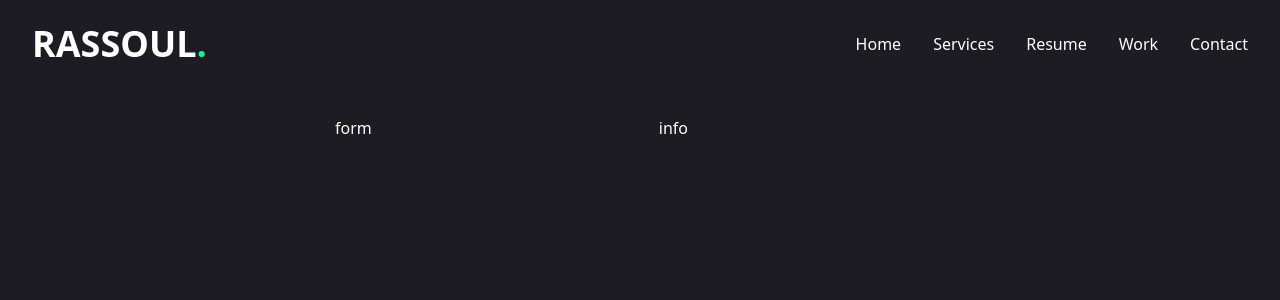
Repository: MDiouf9/portfolio2
Page: /contact
The author's editor kept a copy of each file at every save. The page is drawn from the files as they stood at one save, then again after the next save.
The browser window is 1280 px wide. The pictures show the whole page.
The project was rebuilt for these pictures with package versions that can differ from the ones it lists, and the page was loaded fresh each time. The framework's server and built-in components were replaced by stand-ins that run in the browser. Also part of the build but not shown: next.config.mjs.

Above is the page before, as saved 2024-10-15 00:16:49.

### src/app/contact/page.tsx
"user client"

import React from 'react';
import { Button } from '@/components/ui/button';
import { Input } from '@/components/ui/input';
import { Textarea } from '@/components/ui/textarea';
import { Select,SelectContent,SelectGroup,SelectItem,SelectLabel,SelectTrigger,SelectValue} from '@/components/ui/select';
import { FaPhoneAlt,FaEnvelope,FaMapMarkerAlt } from 'react-icons/fa';


const info = [
  {
icon: <FaPhoneAlt />,
title: 'Phone',
description : '77 398 79 86'
} ,

{
  icon: <FaEnvelope />,
  title: 'email',
  description : 'Dioufm641@gmail.com'
  } ,

  {
    icon: <FaMapMarkerAlt />,
    title: 'Adresse',
    description : 'Medina rue 41x 30'
    } ,



];

import {motion} from 'framer-motion'

const Contact = () => {
  return (
    <motion.section   initial={{ opacity: 0 }}
    animate={{ opacity: 1,
      transition:{ delay:2.4 , duration:0.4 ,ease: 'easeIn' },
    }} className='py-6' >
    <div className='container mx-auto'>
   <div className='flex flex-col xl:flex-row gap-[30px]'>
    <div className='xl:h-[54%] order-2 xl:order-none'>
      <form action="">form</form>
    </div>
    <div className='flex-1 flex items-center xl:justify-center'>info</div>
   </div>
    </div>

    </motion.section>
  )
}

export default Contact

### src/components/Header.tsx
import Link from 'next/link';
import { Button } from './ui/button';
import React from 'react';
import Nav from './Nav';
import MobileNav from './MobileNav';

const Header = () => {
  return (
    <header className='bg-dark py-3 xl:py-6 text-white w-full'>
      {/* Wrapper pour le contenu du header */}
      <div className='flex items-center justify-between px-4 md:px-8'>
        {/* Logo */}
        <Link href="/">
          <h1 className='text-3xl md:text-4xl font-semibold'>
            RASSOUL<span className='text-accent'>.</span>
          </h1>
        </Link>

        {/* Menu de navigation pour les grands écrans */}
        <div className="hidden xl:flex items-center gap-8">
          <Nav />
          {/* <Link href="/Contact">
            <Button>Hire Me</Button>
          </Link> */}
        </div>

        {/* Menu mobile (uniquement visible sur petits écrans) */}
        <div className='xl:hidden'>
          <MobileNav />
        </div>
      </div>
    </header>
  );
};

export default Header;

### src/components/Nav.tsx
"use client"
import React from 'react'
import Link from 'next/link'
import { usePathname } from 'next/navigation'



const links =[
        {
            name: "Home",
            path: "/",
        },
        {
            name: "Services",
            path: "/Services",
        },
        {
            name: "Resume",
            path: "/Resume",
        },
        {
            name: "work",
            path: "/Work",
        },
        {
            name: "Contact",
            path: "/Contact",
        },
    ]
 const Nav = () => {
  const  pathname = usePathname();
  return (
    <nav className=' flex gap-8'>
        {links.map((link,index) => {
            return (
                <Link href={link.path} key={index} className={`${link.path === pathname && "text-accent border-b-2 border-accent"} capitalize font-medium hover:text-accent transition-all`}>
                    {link.name}
                </Link>
            );
        })}

    </nav>
  );
}
export default Nav

### src/components/MobileNav.tsx
"use client";
import React from 'react'
import {Sheet ,  SheetContent, SheetTrigger, } from '@/components/ui/sheet'
import { usePathname } from 'next/navigation';
import Link from 'next/link';
import {CiMenuFries} from "react-icons/ci"

const links =[
  {
    name: "Home",
    path: "/",
},
{
    name: "Services",
    path: "/Services",
},
{
    name: "Resume",
    path: "/Resume",
},
{
    name: "work",
    path: "/Work",
},
{
    name: "Contact",
    path: "/Contact",
},
]

const MobileNav = () => {
  const pathname = usePathname();
  return (
    <Sheet>
<SheetTrigger className='flex justify-center items-center'>
  <CiMenuFries  className=' text-[32px] text-accent'/>
</SheetTrigger>
<SheetContent  className='flex flex-col'>

     <div className=' mt-32 mb-40 text-center txt-2xl'>
     <h1> MOUHAMED<span className='text-accent'>.</span> <em className='text-accent'>DIOUF</em></h1>

     </div>
     <nav className='flex flex-col justify-center items-center gap-8'>
{links.map((link,index)=>{
  return (
    <Link href={link.path} key={index} className={`${link.path === pathname && "text-accent border-b-2 border-accent"} capitalize font-medium hover:text-accent transition-all`}>
      {link.name}


    </Link>
  )
})

}
     </nav>
     </SheetContent>
    </Sheet>
  )
}

export default MobileNav

### src/components/ui/sheet.tsx
"use client"

import * as React from "react"
import * as SheetPrimitive from "@radix-ui/react-dialog"
import { cva, type VariantProps } from "class-variance-authority"
import {IoMdClose} from 'react-icons/io'

import { cn } from "@/lib/utils"

const Sheet = SheetPrimitive.Root

const SheetTrigger = SheetPrimitive.Trigger

const SheetClose = SheetPrimitive.Close

const SheetPortal = SheetPrimitive.Portal

const SheetOverlay = React.forwardRef<
  React.ElementRef<typeof SheetPrimitive.Overlay>,
  React.ComponentPropsWithoutRef<typeof SheetPrimitive.Overlay>
>(({ className, ...props }, ref) => (
  <SheetPrimitive.Overlay
    className={cn(
      "fixed inset-0 z-50 bg-black/80  data-[state=open]:animate-in data-[state=closed]:animate-out data-[state=closed]:fade-out-0 data-[state=open]:fade-in-0",
      className
    )}
    {...props}
    ref={ref}
  />
))
SheetOverlay.displayName = SheetPrimitive.Overlay.displayName

const sheetVariants = cva(
  "fixed z-50 gap-4 bg-primary p-6 shadow-lg transition ease-in-out data-[state=open]:animate-in data-[state=closed]:animate-out data-[state=closed]:duration-300 data-[state=open]:duration-500 dark:bg-slate-950",
  {
    variants: {
      side: {
        top: "inset-x-0 top-0 border-b data-[state=closed]:slide-out-to-top data-[state=open]:slide-in-from-top",
        bottom:
          "inset-x-0 bottom-0 border-t data-[state=closed]:slide-out-to-bottom data-[state=open]:slide-in-from-bottom",
        left: "inset-y-0 left-0 h-full w-3/4  data-[state=closed]:slide-out-to-left data-[state=open]:slide-in-from-left sm:max-w-sm",
        right:
          "inset-y-0 right-0 h-full w-3/4   data-[state=closed]:slide-out-to-right data-[state=open]:slide-in-from-right sm:max-w-sm",
      },
    },
    defaultVariants: {
      side: "right",
    },
  }
)

interface SheetContentProps
  extends React.ComponentPropsWithoutRef<typeof SheetPrimitive.Content>,
    VariantProps<typeof sheetVariants> {}

const SheetContent = React.forwardRef<
  React.ElementRef<typeof SheetPrimitive.Content>,
  SheetContentProps
>(({ side = "right", className, children, ...props }, ref) => (
  <SheetPortal>
    <SheetOverlay />
    <SheetPrimitive.Content
      ref={ref}
      className={cn(sheetVariants({ side }), className)}
      {...props}
    >
      {children}
      <SheetPrimitive.Close className="absolute right-4 top-4 rounded-sm opacity-70 ring-offset-white transition-opacity hover:opacity-100 focus:outline-none focus:ring-2 focus:ring-slate-950 focus:ring-offset-2 disabled:pointer-events-none data-[state=open]:bg-slate-100 dark:ring-offset-slate-950 dark:focus:ring-slate-300 dark:data-[state=open]:bg-slate-800">
        <IoMdClose className="text-3xl text-accent" />
        <span className="sr-only">Close</span>
      </SheetPrimitive.Close>
    </SheetPrimitive.Content>
  </SheetPortal>
))
SheetContent.displayName = SheetPrimitive.Content.displayName

const SheetHeader = ({
  className,
  ...props
}: React.HTMLAttributes<HTMLDivElement>) => (
  <div
    className={cn(
      "flex flex-col space-y-2 text-center sm:text-left",
      className
    )}
    {...props}
  />
)
SheetHeader.displayName = "SheetHeader"

const SheetFooter = ({
  className,
  ...props
}: React.HTMLAttributes<HTMLDivElement>) => (
  <div
    className={cn(
      "flex flex-col-reverse sm:flex-row sm:justify-end sm:space-x-2",
      className
    )}
    {...props}
  />
)
SheetFooter.displayName = "SheetFooter"

const SheetTitle = React.forwardRef<
  React.ElementRef<typeof SheetPrimitive.Title>,
  React.ComponentPropsWithoutRef<typeof SheetPrimitive.Title>
>(({ className, ...props }, ref) => (
  <SheetPrimitive.Title
    ref={ref}
    className={cn("text-lg font-semibold text-slate-950 dark:text-slate-50", className)}
    {...props}
  />
))
SheetTitle.displayName = SheetPrimitive.Title.displayName

const SheetDescription = React.forwardRef<
  React.ElementRef<typeof SheetPrimitive.Description>,
  React.ComponentPropsWithoutRef<typeof SheetPrimitive.Description>
>(({ className, ...props }, ref) => (
  <SheetPrimitive.Description
    ref={ref}
    className={cn("text-sm text-slate-500 dark:text-slate-400", className)}
    {...props}
  />
))
SheetDescription.displayName = SheetPrimitive.Description.displayName

export {
  Sheet,
  SheetPortal,
  SheetOverlay,
  SheetTrigger,
  SheetClose,
  SheetContent,
  SheetHeader,
  SheetFooter,
  SheetTitle,
  SheetDescription,
}

Loaded but not shown: src/app/layout.tsx (common file); src/app/globals.css (common file); src/lib/utils.ts (common file); tailwind.config.ts (common file)

After the next save:
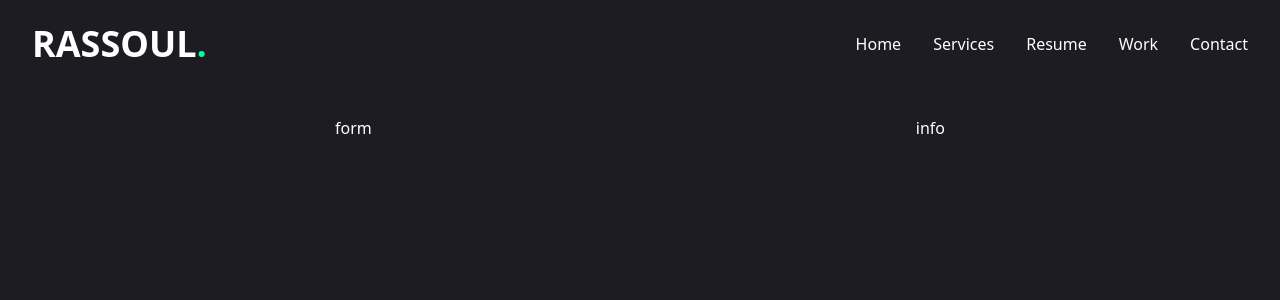
Saved 8 s later.
--- a/src/app/contact/page.tsx
+++ b/src/app/contact/page.tsx
@@ -44,7 +44,7 @@
     <div className='xl:h-[54%] order-2 xl:order-none'>
       <form action="">form</form>
     </div>
-    <div className='flex-1 flex items-center xl:justify-center'>info</div>
+    <div className='flex-1 flex items-center xl:justify-end'>info</div>
    </div>
     </div>
 
